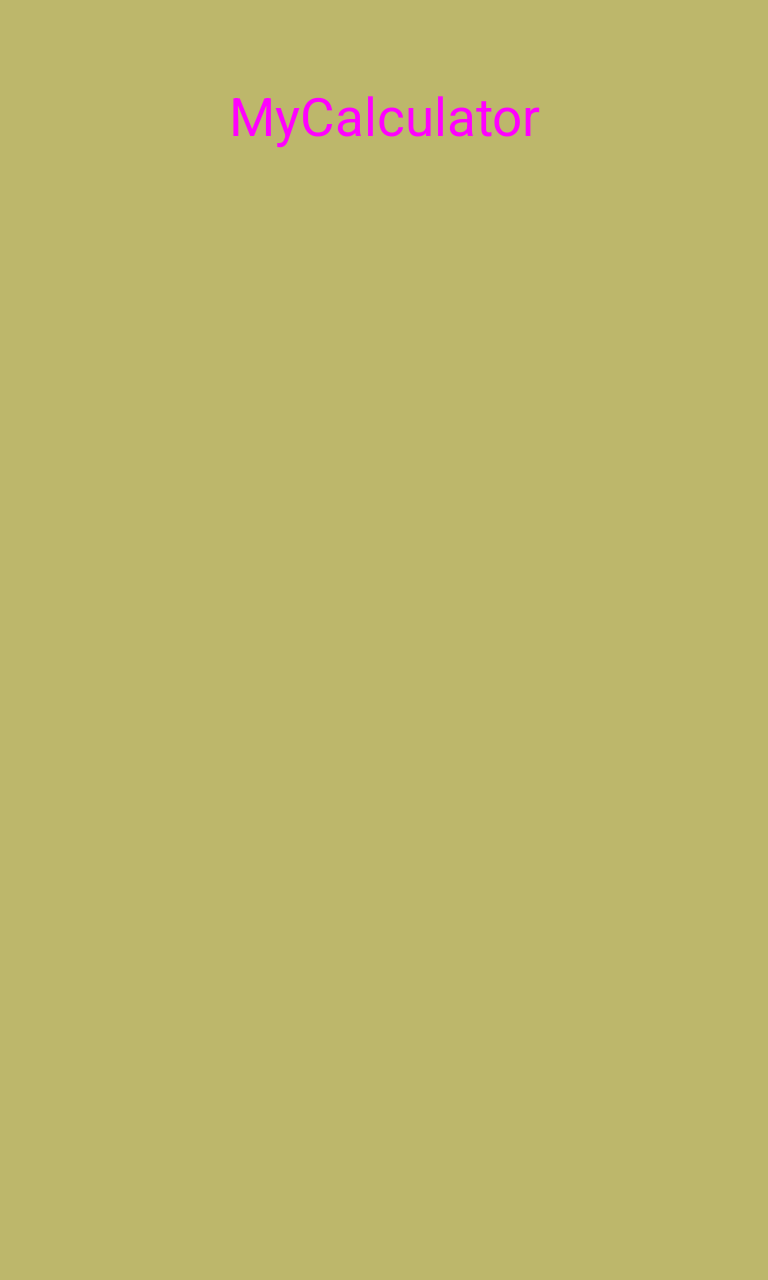
Repository: njiiriJohnii/Android-projects
Layout: MySimpleCalc/res/layout/activity_main.xml
These files come from the project's save history. The layout is drawn as it stood at one moment and after the next save; the edit follows.
It is drawn on a 768 x 1280 px phone screen (xhdpi) without system bars, with theme AppTheme; the app's code is not run.

Above is the layout before, as saved 2014-05-29 08:21:34.

### MySimpleCalc/res/layout/activity_main.xml
<LinearLayout xmlns:android="http://schemas.android.com/apk/res/android"
    android:layout_width="fill_parent"
    android:layout_height="fill_parent"
    android:orientation="vertical"
    android:background="#BDB76B">
    <TextView
        android:layout_width="fill_parent"
        android:layout_height="wrap_content"
        android:text="MyCalculator"
        android:layout_marginTop="40dp"
        android:gravity="center"
        android:textColor="#FF00FF"
        android:textSize="12pt"
        />


</LinearLayout>

Loaded but not shown: MySimpleCalc/res/values/styles.xml (common file); MySimpleCalc/res/values-v11/styles.xml (common file); MySimpleCalc/res/values-v14/styles.xml (common file)

After the next save:
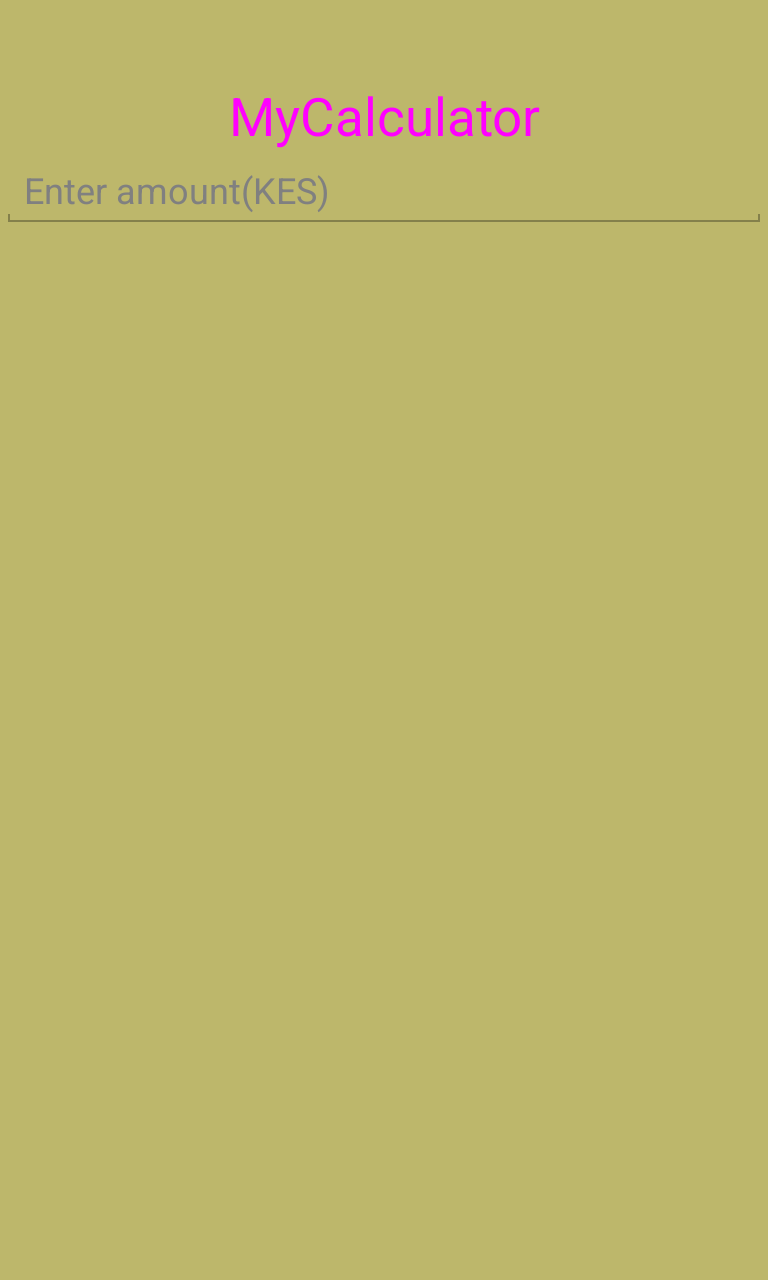
Saved 5 min 11 s later.
--- a/MySimpleCalc/res/layout/activity_main.xml
+++ b/MySimpleCalc/res/layout/activity_main.xml
@@ -12,6 +12,11 @@
         android:textColor="#FF00FF"
         android:textSize="12pt"
         />
+    <EditText
+        android:layout_width="fill_parent"
+        android:layout_height="wrap_content"
+        android:hint="Enter amount(KES)"
+        />
 
 
 </LinearLayout>
